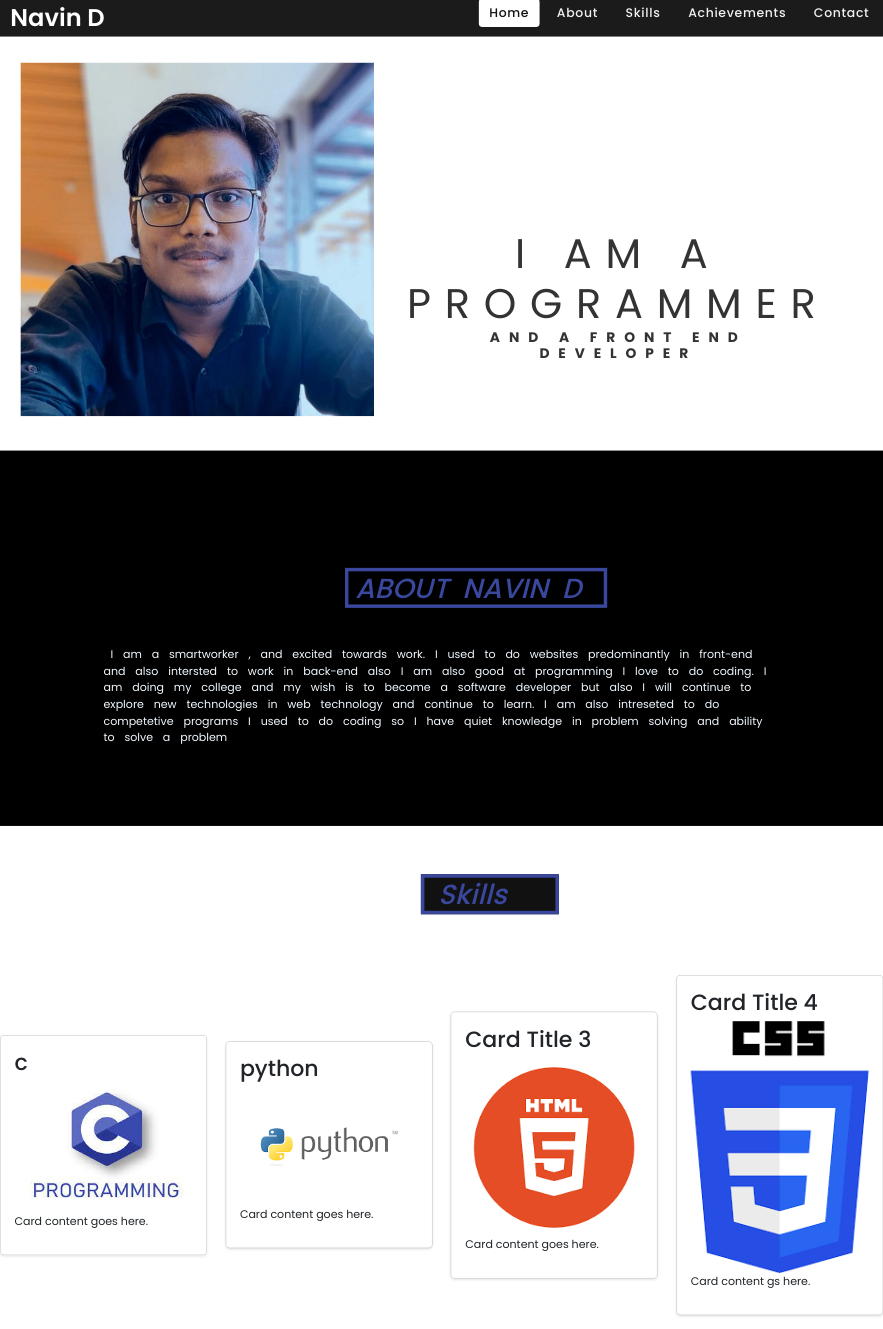
Repository: NavinDayanithi/OIBSIP
Page: Portfolio/index.html
The author's editor kept a copy of each file at every save. The page is drawn from the files as they stood at one save, then again after the next save.
The browser window is 1280 px wide. The pictures show the whole page, at 69% of full size.

Above is the page before, as saved 2023-02-21 20:13:12.
Console error: TypeError: Cannot read properties of undefined (reading 'fn')

After the next save:
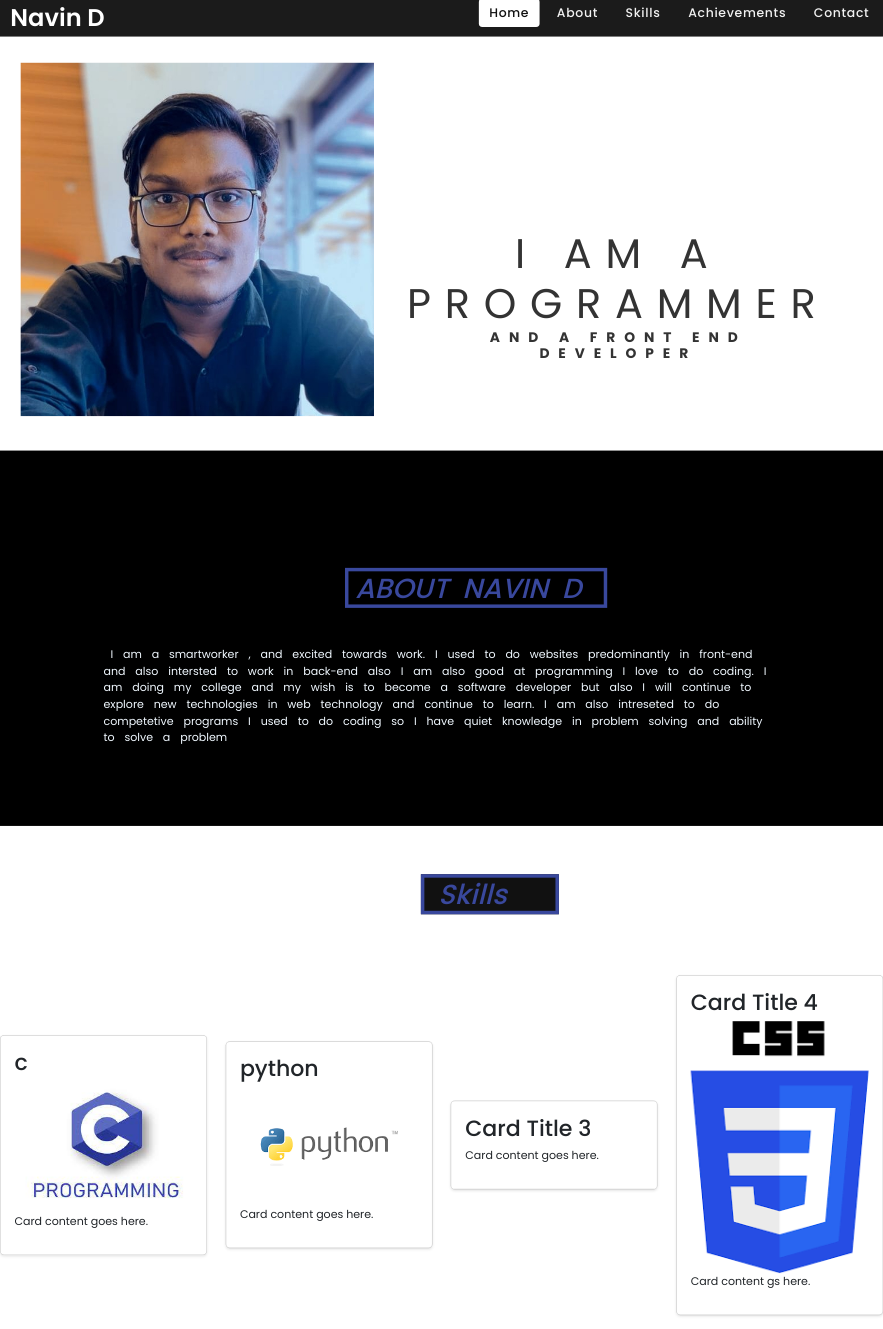
Saved 24 s later.
--- a/Portfolio/index.html
+++ b/Portfolio/index.html
@@ -71,7 +71,7 @@
    </div>
    <div class="card">
      <h2>Card Title 3</h2>
-     <img src="htmllogo.png"></img>
+     <img class ="src="htmllogo.png"></img>
      <p>Card content goes here.</p>
    </div>
    <div class="card">

After the save that followed:
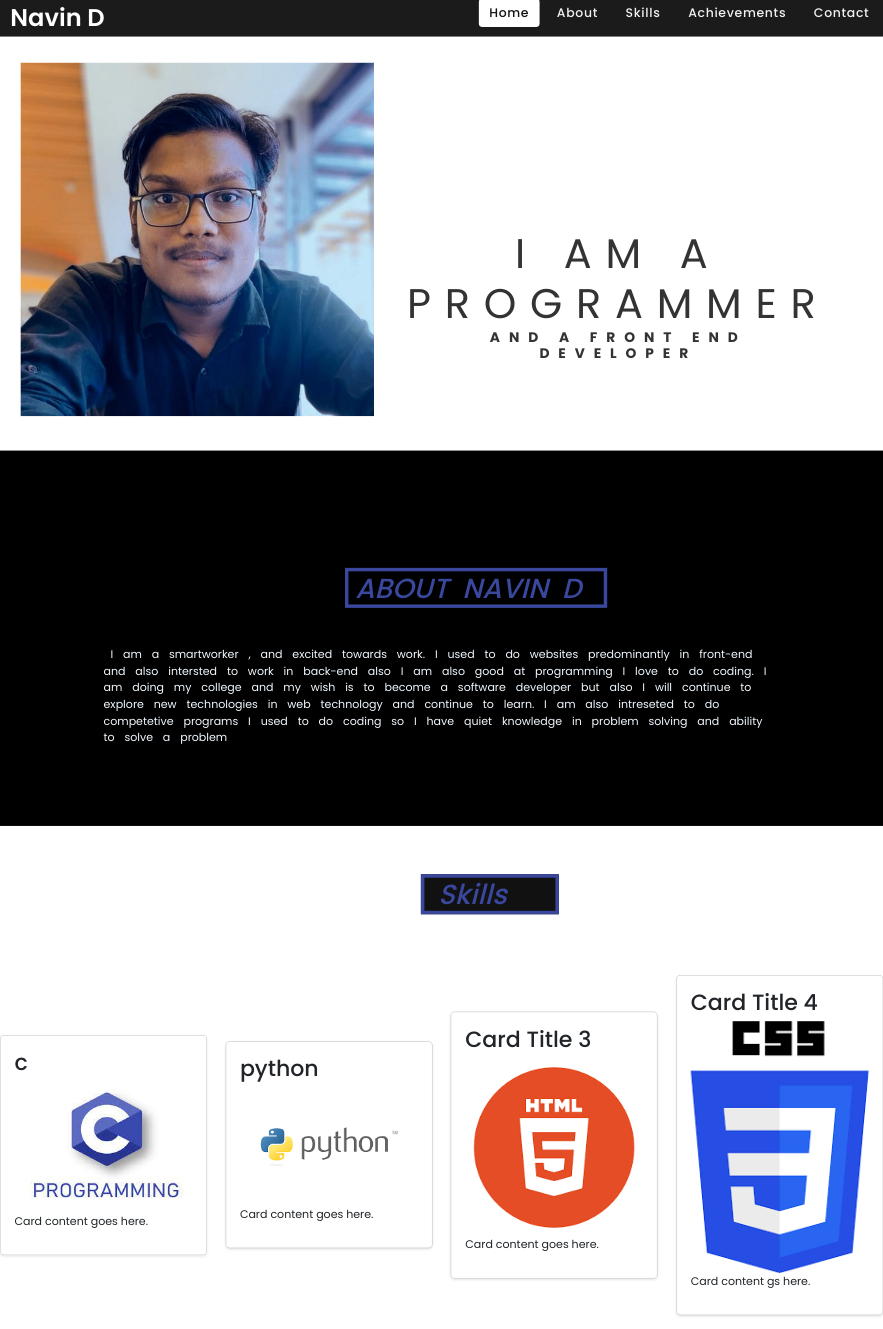
Saved 4 s later.
--- a/Portfolio/index.html
+++ b/Portfolio/index.html
@@ -71,7 +71,7 @@
    </div>
    <div class="card">
      <h2>Card Title 3</h2>
-     <img class ="src="htmllogo.png"></img>
+     <img class ="html" src="htmllogo.png"></img>
      <p>Card content goes here.</p>
    </div>
    <div class="card">
